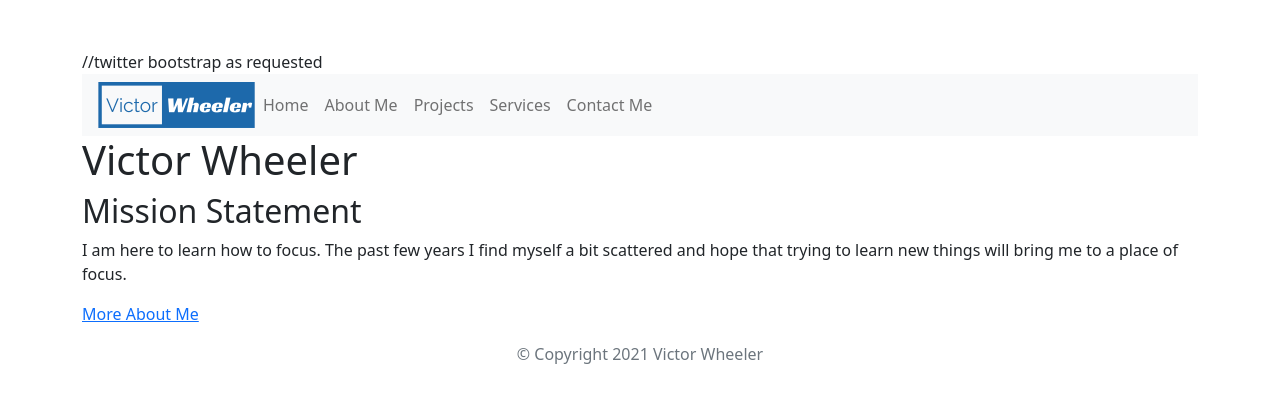
Repository: VictorWheeler/COMP_229_301167760
Page: http://localhost/
These files come from the project's save history. The page is drawn as it stood at one moment and after the next save; the edit follows.
The browser window is 1280 px wide. The pictures show the whole page.
The page is served by the project's Node server (server.js).

Above is the page before, as saved 2021-10-01 10:23:32.

### Express-Portfolio-Site/views/pages/index.ejs
<%#
//index.ejs
//Victor Wheeler
//301167760
//10/1/2021
%>
<!DOCTYPE html>
<html lang="en">
<head>
  <%- include('../partials/head'); %>   <%#include head partial for style%>
</head>
<body class="container">

<header>
  <%- include('../partials/header'); %>  <%#include header partial%>
</header>

<main>                                    <%#main html code%>
  <div class="jumbotron">
    <h1>Victor Wheeler</h1>
    <h2>Mission Statement</h2>
    <p>I am here to learn how to focus. The past few years I find myself a bit scattered and hope that trying to learn new things will bring me to a place of focus.</p>
    <p><a href="/about">More About Me</a></p>
  </div>
</main>

<footer>
  <%- include('../partials/footer'); %>   <%#include footer partial%>
</footer>

</body>
</html>

### Express-Portfolio-Site/views/partials/head.ejs
<%#
//head.ejs
//Victor Wheeler
//301167760
//10/1/2021
%>
<meta charset="UTF-8">
<title>Victor Wheeler</title>

<!-- CSS (load bootstrap from a CDN) -->
<link rel="stylesheet" href="/css/bootstrap.min.css">    //twitter bootstrap as requested
<style>
  body { padding-top:50px; }
</style>

### Express-Portfolio-Site/views/partials/header.ejs
<%#
//header.ejs
//Victor Wheeler
//301167760
//10/1/2021


//Partial for headers
//includes logo and navigation
%>
<nav class="navbar navbar-expand-lg navbar-light bg-light">
  <a class="navbar-brand"></a><img class="logo" src="/images/vw_logo.png" width="157" height="46" alt="why">
   <ul class="navbar-nav mr-auto">
    <li class="nav-item">
      <a class="nav-link" href="/">Home</a>
    </li>
    <li class="nav-item">
      <a class="nav-link" href="/about">About Me</a>
    </li>
    <li class="nav-item">
      <a class="nav-link" href="/projects">Projects</a>
    </li>
    <li class="nav-item">
      <a class="nav-link" href="/services">Services</a>
    </li>
    <li class="nav-item">
      <a class="nav-link" href="/contact">Contact Me</a>
    </li>
  </ul>
</nav>

### Express-Portfolio-Site/views/partials/footer.ejs
<%#
//footer.ejs
//Victor Wheeler
//301167760
//10/1/2021
%>
<p class="text-center text-muted">&copy; Copyright 2021 Victor Wheeler</p>

### Express-Portfolio-Site/server.js
//////////////////////////////////////////////////////////
//server.js
//Victor Wheeler
//301167760
//10/1/2021
//////////////////////////////////////////////////////////

//declare variables and constants
var express = require('express');
var app = express();
const bodyParser = require('body-parser')
app.use(bodyParser.urlencoded({extended: true}))
const nodemailer = require('nodemailer')


// set the view engine to ejs
app.set('view engine', 'ejs');

//set public folder as static
app.use(express.static("public"));

// use res.render to load up an ejs view file

// Home page page
app.get('/', function(req, res) {
  res.render('pages/index');
});

// About Me page
app.get('/about', function(req, res) {
  res.render('pages/about');
});

// Projects page
app.get('/projects', function(req, res) {
    res.render('pages/projects');
  });

  // Services page
app.get('/services', function(req, res) {
    res.render('pages/services');
  });

  // Contact Me page
app.get('/contact', function(req, res) {
    res.render('pages/contact');
  });

  // POST route from contact form
app.post('/contact', (req, res) => {
  })

  //set listening port and log to console
app.listen(3000);
console.log('Server is listening on port 3000');

Loaded but not shown: Express-Portfolio-Site/public/css/bootstrap.min.css (library)

After the next save:
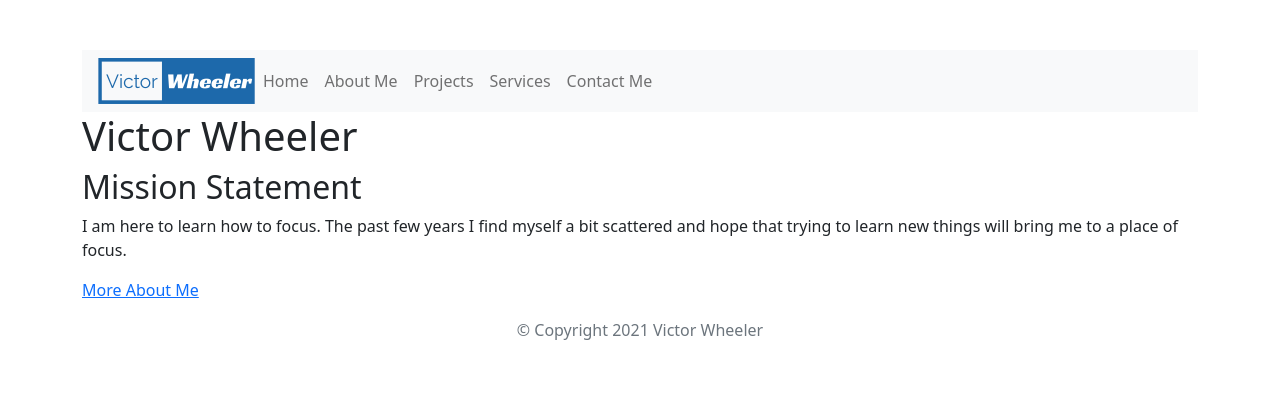
Saved 28 s later.
--- a/Express-Portfolio-Site/views/partials/head.ejs
+++ b/Express-Portfolio-Site/views/partials/head.ejs
@@ -8,7 +8,7 @@
 <title>Victor Wheeler</title>
 
 <!-- CSS (load bootstrap from a CDN) -->
-<link rel="stylesheet" href="/css/bootstrap.min.css">    //twitter bootstrap as requested
+<link rel="stylesheet" href="/css/bootstrap.min.css">    <%#Twitter bootstrap as requested%>
 <style>
   body { padding-top:50px; }
 </style>
